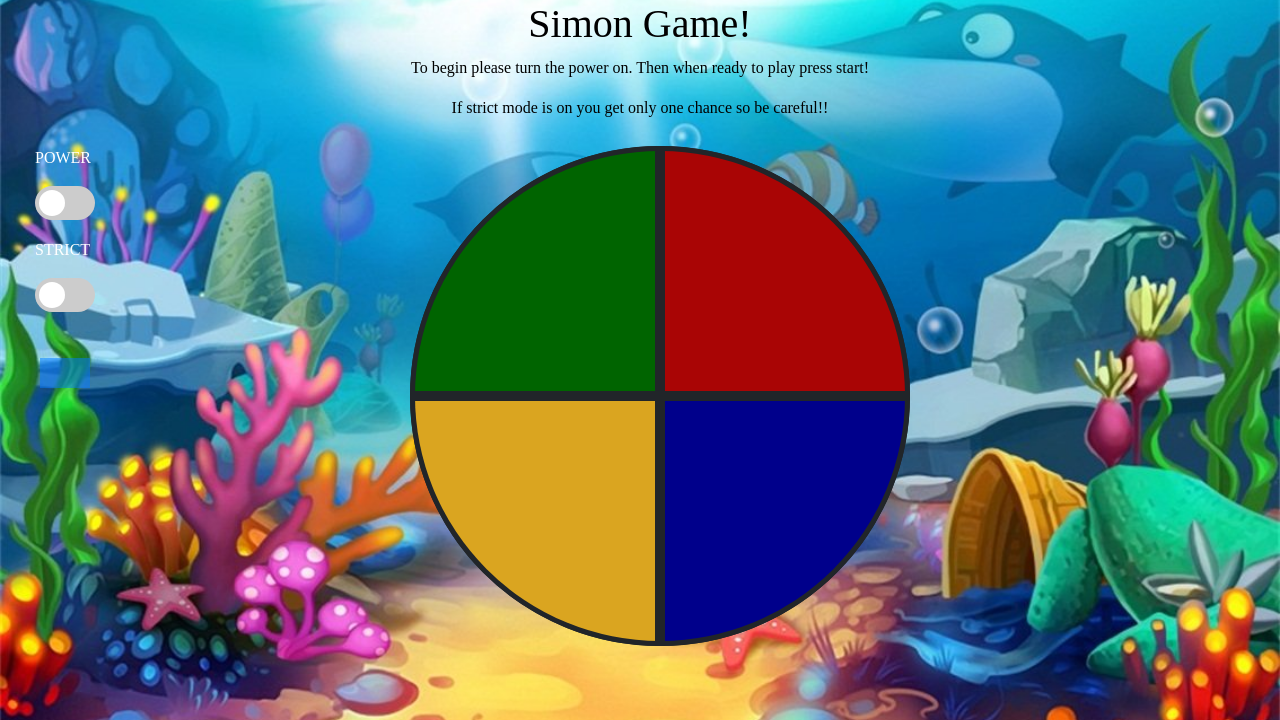
Repository: chrisoc19/SimonSays
Page: index.html
The author's editor kept a record of every edit. The page is drawn from the files as they stood at one moment, then again after the next edit.
The browser window is 1280 px wide. The pictures show the whole page.
Some web fonts or font styles are not loaded; a fallback is used.

Above is the page before.
Console error: ReferenceError: $ is not defined

### index.html
<!DOCTYPE html>
<html>
<html lang="en">
<head>
  <meta charset="UTF-8">
  <title>Simon Game</title>
  <meta name="viewport" content="width=device-width, initial-scale=1">
  <link href='https://fonts.googleapis.com/css?family=Original+Surfer&effect=emboss' rel='stylesheet' type='text/css'>
  <link rel="stylesheet" href="css/style.css">
<link rel="stylesheet" href="https://stackpath.bootstrapcdn.com/bootstrap/4.3.1/css/bootstrap.min.css" integrity="sha384-ggOyR0iXCbMQv3Xipma34MD+dH/1fQ784/j6cY/iJTQUOhcWr7x9JvoRxT2MZw1T" crossorigin="anonymous">

</head>

<body>


  <div class="container-fluid">
    <div class="row">
      <div class="col text text-box">
        <h1>Simon Game!</h1>
  <p>To begin please turn the power on. Then when ready to play press start!  </p>
  <p>If strict mode is on you get only one chance so be careful!!</p>
      </div>

    </div>


  <div class="row">
    <div class="col-sm-2 switches-wrapper">
      <div class="switches">

   <p class="newButtons">POWER</p>
  <label class="switch">
  <input type="checkbox" class="switch" id="on">
  <span class="slider round"></span>
</label>

  <div id="turn"></div>
  <div class="text2 d-none">
    COUNT
  </div>
  <div class ="button-container">
    <button class="button d-none" id="start">Start</button>
    </div>


  <p class="newButtons">STRICT</p>
  <label class="switch">
  <input type="checkbox" class="switch " id="strict">
  <span class="slider round"></span>
</label>

</div>
    </div>
    <div class="col-sm-8">
      <div class="circle">
    <div id="topleft"></div>
    <div id="topright"></div>
    <div id="bottomleft"></div>
    <div id="bottomright"></div>
  </div>
    </div>

  </div>
</div>










  <script src="js/index.js"></script>

</body>

</html>

### css/style.css

body {
  padding-bottom: 20px;
  background-image: url("../img/sea.2.jpg");
  background-position: center;
  background-repeat: no-repeat;
  background-size: cover;

}

/* -----------------------------------------------------Simon game Text */

.text {
  font-family: 'Original Surfer', cursive;

  text-align: center;
  color: black;
}

.text-box {
  margin-bottom: 10px;
  background-color: rgba(0, 123, 255, 0);
}

.newButtons{
  font-family: 'Original Surfer', cursive;

  width: 65px;
  color: white;
}



.switches-wrapper {
  margin-left: 20px;
   background-color: rgba(0, 123, 255, 0);
}





/* The switch - the box around the slider */

.switch {
  position: relative;
  display: inline-block;
  width: 60px;
  height: 34px;
}

/* Hide default HTML checkbox */

.switch input {
  opacity: 0;
  width: 0;
  height: 0;
}

/* The slider */

.slider {
  position: absolute;
  cursor: pointer;
  top: 0;
  left: 0;
  right: 0;
  bottom: 0;
  background-color: #ccc;
  -webkit-transition: .4s;
  transition: .4s;
}

.slider:before {
  position: absolute;
  content: "";
  height: 26px;
  width: 26px;
  left: 4px;
  bottom: 4px;
  background-color: white;
  -webkit-transition: .4s;
  transition: .4s;
}

input:checked+.slider {
  background-color: #2196F3;
}

input:focus+.slider {
  box-shadow: 0 0 1px #2196F3;
}

input:checked+.slider:before {
  -webkit-transform: translateX(26px);
  -ms-transform: translateX(26px);
  transform: translateX(26px);
}

/* Rounded sliders */

.slider.round {
  border-radius: 34px;
}

.slider.round:before {
  border-radius: 50%;
}

.toggle {
  margin-left: 20px;
  margin-right: 20px;
}


.button {
  -webkit-transition-duration: 0.4s;
  /* Safari */
  transition-duration: 0.4s;
 font-family:  'Original Surfer', cursive;
}

.button:hover {
  background-color: #4CAF50;
  /* Green */
  color: white;
}

.button-container {
  margin-bottom: 10px;

}



.text2 {
  position: absolute;
  font-family: 'Original Surfer', cursive;
  margin-top: 170px;
  margin-bottom: 50px;
  margin-right: 100px;
}



#title {
  font-family: 'Original Surfer', cursive;
  font-size: 40px;
  text-align: center;

}



#turn {
  position: absolute;
  background: rgba(0,123,255,.5);
  /*background: #330000;*/
  color: red;
  font-family: courier;
  font-size: 20px;
  height: 30px;
  width: 50px;

  margin-top: 130px;
  margin-left: 5px;
  text-align: center;

  line-height: 30px;
}

/*------------------------------------------------- circle */

.circle {

  background: #385a94;
  border-radius: 50%;
  height: 500px;
  width: 500px;
  position: relative;
  border-style: solid;
  border-width: 10px;
  margin: auto;


}

#topleft {
  position: absolute;
  height: 250px;
  width: 250px;
  border-radius: 250px 0 0 0;
  -moz-border-radius: 250px 0 0 0;
  -webkit-border-radius: 250px 0 0 0;
  background: darkgreen;
  top: 50%;
  left: 50%;
  margin: -250px 0px 0px -250px;
  border-style: solid;
  border-width: 5px;
  box-sizing: border-box;
  -moz-box-sizing: border-box;
  -webkit-box-sizing: border-box;
}

#topright {
  position: absolute;
  height: 250px;
  width: 250px;
  border-radius: 0 250px 0 0;
  -moz-border-radius: 0 250px 0 0;
  -webkit-border-radius: 0 250px 0 0;
  background: #a90505;
  top: 50%;
  left: 50%;
  margin: -250px 0px 0px 0px;
  border-style: solid;
  border-width: 5px;
  box-sizing: border-box;
  -moz-box-sizing: border-box;
  -webkit-box-sizing: border-box;
}

#bottomleft {
  position: absolute;
  height: 250px;
  width: 250px;
  border-radius: 0 0 0 250px;
  -moz-border-radius: 0 0 0 250px;
  -webkit-border-radius: 0 0 0 250px;
  background: goldenrod;
  top: 50%;
  left: 50%;
  margin: 0px -250px 0px -250px;
  border-style: solid;
  border-width: 5px;
  box-sizing: border-box;
  -moz-box-sizing: border-box;
  -webkit-box-sizing: border-box;
}

#bottomright {
  position: absolute;
  height: 250px;
  width: 250px;
  border-radius: 0 0 250px 0;
  -moz-border-radius: 0 0 250px 0;
  -webkit-border-radius: 0 0 250px 0;
  background: darkblue;
  top: 50%;
  left: 50%;
  margin: 0px 0px -250px 0px;
  border-style: solid;
  border-width: 5px;
  box-sizing: border-box;
  -moz-box-sizing: border-box;
  -webkit-box-sizing: border-box;
}

### js/index.js
let order = [];
let playerOrder = [];
let flash;
let turn;
let good;
let compTurn;
let intervalId;
let strict = false;
let start = false;
let noise = true;
let on = false;
let win;

let oneNoise = new Audio('sounds/drop.mp3');
let twoNoise = new Audio('sounds/pop.mp3');
let threeNoise = new Audio('sounds/seagull.ogg');
let fourNoise = new Audio('sounds/radar.wav');
let startNoise = new Audio('sounds/startSound.ogg');
let offNoise = new Audio('sounds/off.ogg');
let winNoise = new Audio('sounds/winSound.wav');
let strictNoise = new Audio('sounds/b1.wav');


const turnCounter = document.querySelector("#turn");
const topLeft = document.querySelector("#topleft");
const topRight = document.querySelector("#topright");
const bottomLeft = document.querySelector("#bottomleft");
const bottomRight = document.querySelector("#bottomright");
const strictButton = document.querySelector("#strict");
const onButton = document.querySelector("#on");
const startButton = document.querySelector("#start");



//--------------------------------------------------------------- onButton

$('#on').click(function() {
    $('.remove').removeClass('d-none');
    $('.add').addClass('d-none');
})

onButton.addEventListener('click', (event) => {
    if (onButton.checked == true) {
        on = true;
        turnCounter.innerHTML = "-";
        startSound();
        flashColor();
        setTimeout(() => {
            clearColor();
        }, 800);
    }
    else {
        on = false;
        turnCounter.innerHTML = "Bye";
        setTimeout(() => {
            turnCounter.innerHTML = "";
        }, 1000);
        clearInterval(intervalId);
        off();
        flashColor();
        setTimeout(() => {
            clearColor();
        }, 800);
        setTimeout(() => {
            document.location.reload(true);
        }, 200);

    }

});

function startSound() {
    if (noise) {
        startNoise.play();
    }
    noise = true;

}

function off() {
    if (noise) {
        offNoise.play();
    }
    noise = true;

}
//---------------------------------------------------------------startButton
startButton.addEventListener('click', (event) => {
    if (on || win) {
        play();
        start = true;
    }
    if (onButton.checked == false) {
        startButton = 'unclick';
        start = false;

    }

});

//--------------------------------------------------------------- strictButton


strictButton.addEventListener('change', (event) => {
    if (onButton.checked == false) {
        document.getElementById("#strict").disabled = true;

    }
    if (strictButton.checked == true) {
        strict = true;
        strictSound();
        clearInterval(intervalId);
        turnCounter.innerHTML = "-";
        flashColor();
        setTimeout(() => {
            clearColor();
        }, 800);

    }
    else {
        strict = false;
        strictSound();
        clearInterval(intervalId);
        turnCounter.innerHTML = "-";
        flashColor();
        setTimeout(() => {
            clearColor();
        }, 800);

    }
});

function strictSound() {
    if (noise) {
        strictNoise.play();
    }
    noise = true;

}
//---------------------------------------------------------------play()
function play() {
    win = false;
    order = [];
    playerOrder = [];
    flash = 0;
    intervalId = 0;
    turn = 1;
    turnCounter.innerHTML = 1;
    good = true;
    for (var i = 0; i < 20; i++) {
        order.push(Math.floor(Math.random() * 4) + 1);
    }
    compTurn = true;

    intervalId = setInterval(gameTurn, 800);
}
//---------------------------------------------------------------GameTurn  ()
function gameTurn() {
    on = false;

    if (flash == turn) {
        clearInterval(intervalId);
        compTurn = false;
        clearColor();
        on = true;
    }

    if (compTurn) {
        clearColor();
        setTimeout(() => {
            if (order[flash] == 1) one();
            if (order[flash] == 2) two();
            if (order[flash] == 3) three();
            if (order[flash] == 4) four();
            flash++;
        }, 200);
    }
}
//--------------------------------------------------------------- Function 1 - 4
function one() {
    if (noise) {
        oneNoise.play();
    }
    noise = true;
    topLeft.style.backgroundColor = "lightgreen";
}

function two() {
    if (noise) {
        twoNoise.play();
    }
    noise = true;
    topRight.style.backgroundColor = "tomato";
}

function three() {
    if (noise) {
        threeNoise.play();
    }
    noise = true;
    bottomLeft.style.backgroundColor = "yellow";
}

function four() {
    if (noise) {
        fourNoise.play();
    }
    noise = true;
    bottomRight.style.backgroundColor = "lightskyblue";
}
//---------------------------------------------------------------clear color
function clearColor() {
    topLeft.style.backgroundColor = "darkgreen";
    topRight.style.backgroundColor = "darkred";
    bottomLeft.style.backgroundColor = "goldenrod";
    bottomRight.style.backgroundColor = "darkblue";
}
//---------------------------------------------------------------  flash Colors
function flashColor() {
    topLeft.style.backgroundColor = "lightgreen";
    topRight.style.backgroundColor = "tomato";
    bottomLeft.style.backgroundColor = "yellow";
    bottomRight.style.backgroundColor = "lightskyblue";
}
//---------------------------------------------------------------Click Events
topLeft.addEventListener('click', (event) => {
    if (on && start) {
        playerOrder.push(1);
        check();
        one();
        if (!win) {
            setTimeout(() => {
                clearColor();
            }, 300);
        }
    }

});

topRight.addEventListener('click', (event) => {
    if (on && start) {
        playerOrder.push(2);
        check();
        two();
        if (!win) {
            setTimeout(() => {
                clearColor();
            }, 300);
        }
    }
});

bottomLeft.addEventListener('click', (event) => {
    if (on && start) {
        playerOrder.push(3);
        check();
        three();
        if (!win) {
            setTimeout(() => {
                clearColor();
            }, 300);
        }
    }

});

bottomRight.addEventListener('click', (event) => {
    if (on && start) {
        playerOrder.push(4);
        check();
        four();
        if (!win) {
            setTimeout(() => {
                clearColor();
            }, 300);
        }
    }
});
//---------------------------------------------------------------Check()
function check() {
    if (playerOrder[playerOrder.length - 1] !== order[playerOrder.length - 1])
        good = false;

    if (playerOrder.length == 3 && good) {
        winGame();
    }
    if (good == false) {
        turnCounter.innerHTML = "NO!";
        setTimeout(() => {
            turnCounter.innerHTML = turn;
            clearColor();

            if (strict) {
                play();
            }
            else {
                compTurn = true;
                flash = 0;
                playerOrder = [];
                good = true;
                intervalId = setInterval(gameTurn, 800);
            }
        }, 800);
        noise = false;
    }
    if (turn == playerOrder.length && good && !win) {
        turn++;
        playerOrder = [];
        compTurn = true;
        flash = 0;
        turnCounter.innerHTML = turn;
        intervalId = setInterval(gameTurn, 800);
    }
}
//---------------------------------------------------------------winGame
function winGame() {
    flashColor();
    winSound();
    turnCounter.innerHTML = "win!";
    on = false;
    win = true;
}

function winSound() {
    if (noise) {
        winNoise.play();
    }
    noise = true;

}

After the next edit:
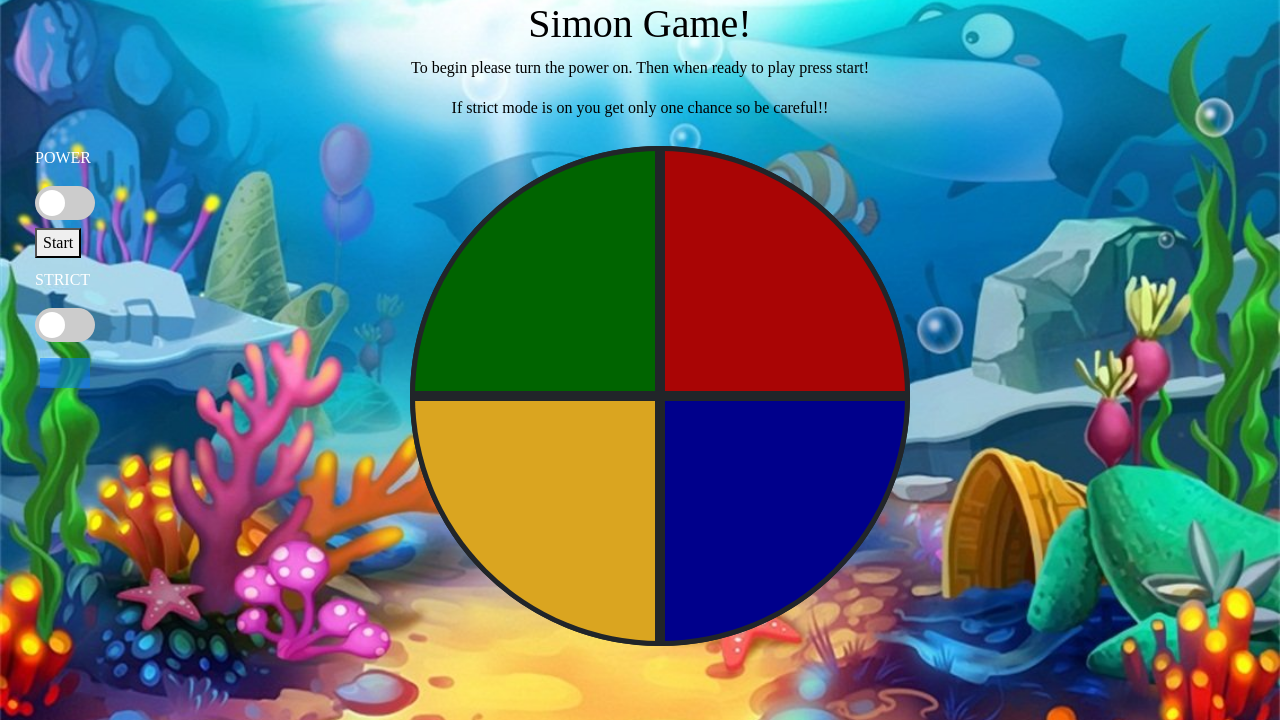
The edit:
--- a/index.html
+++ b/index.html
@@ -40,7 +40,7 @@
     COUNT
   </div>
   <div class ="button-container">
-    <button class="button d-none" id="start">Start</button>
+    <button class="button" id="start">Start</button>
     </div>
 
 
